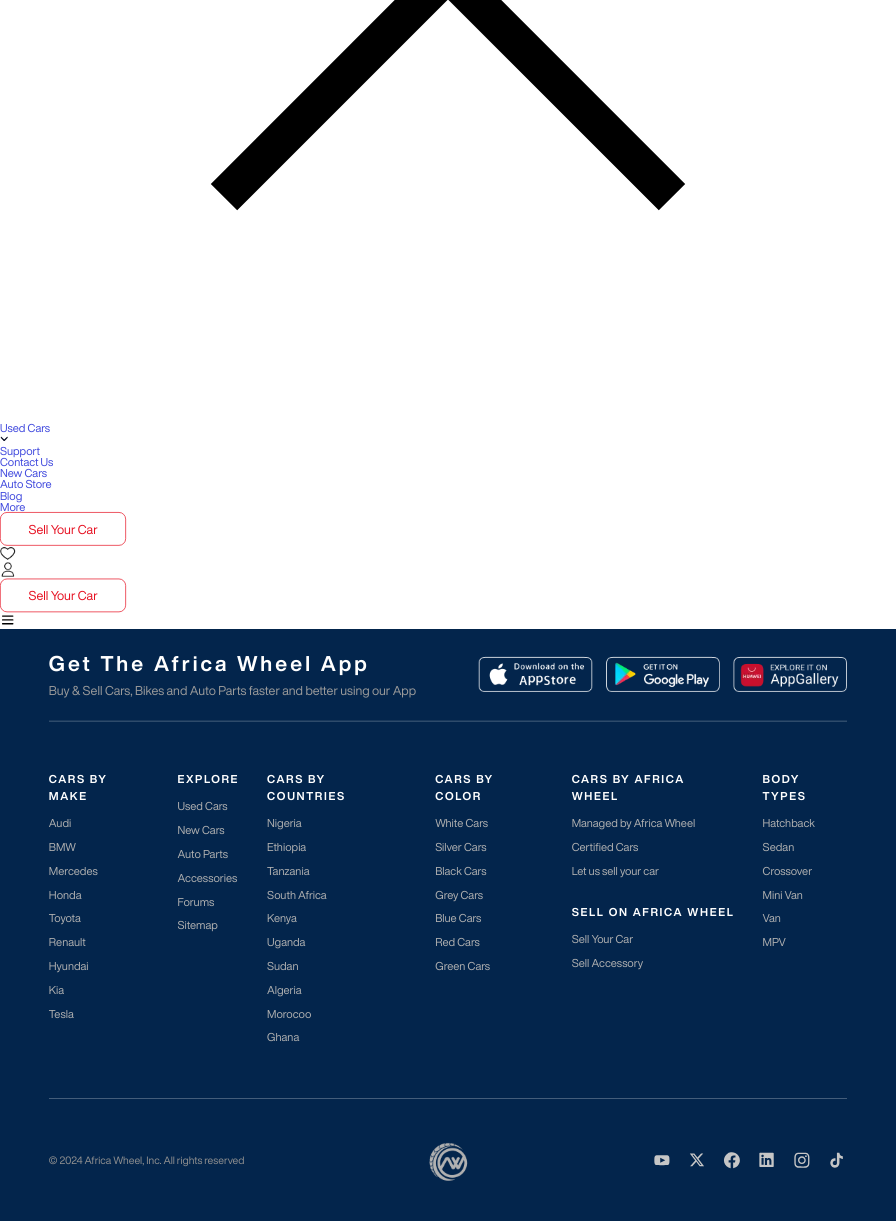
Repository: usmanunitedsol/africa_wheel
Page: pages/index.html
These files come from the project's save history. The page is drawn as it stood at one moment and after the next save; the edit follows.
The browser window is 1280 px wide. The pictures show the part of the page from y = 762 to 2682 px (the page is 2506 px tall before and 2682 px after), at 70% of full size.
The style sheet was rebuilt from its Sass, Less or Tailwind sources for each picture, by a compiler version that may differ from the author's.

Above is the page before, as saved 2024-08-30 09:20:51.

After the next save:
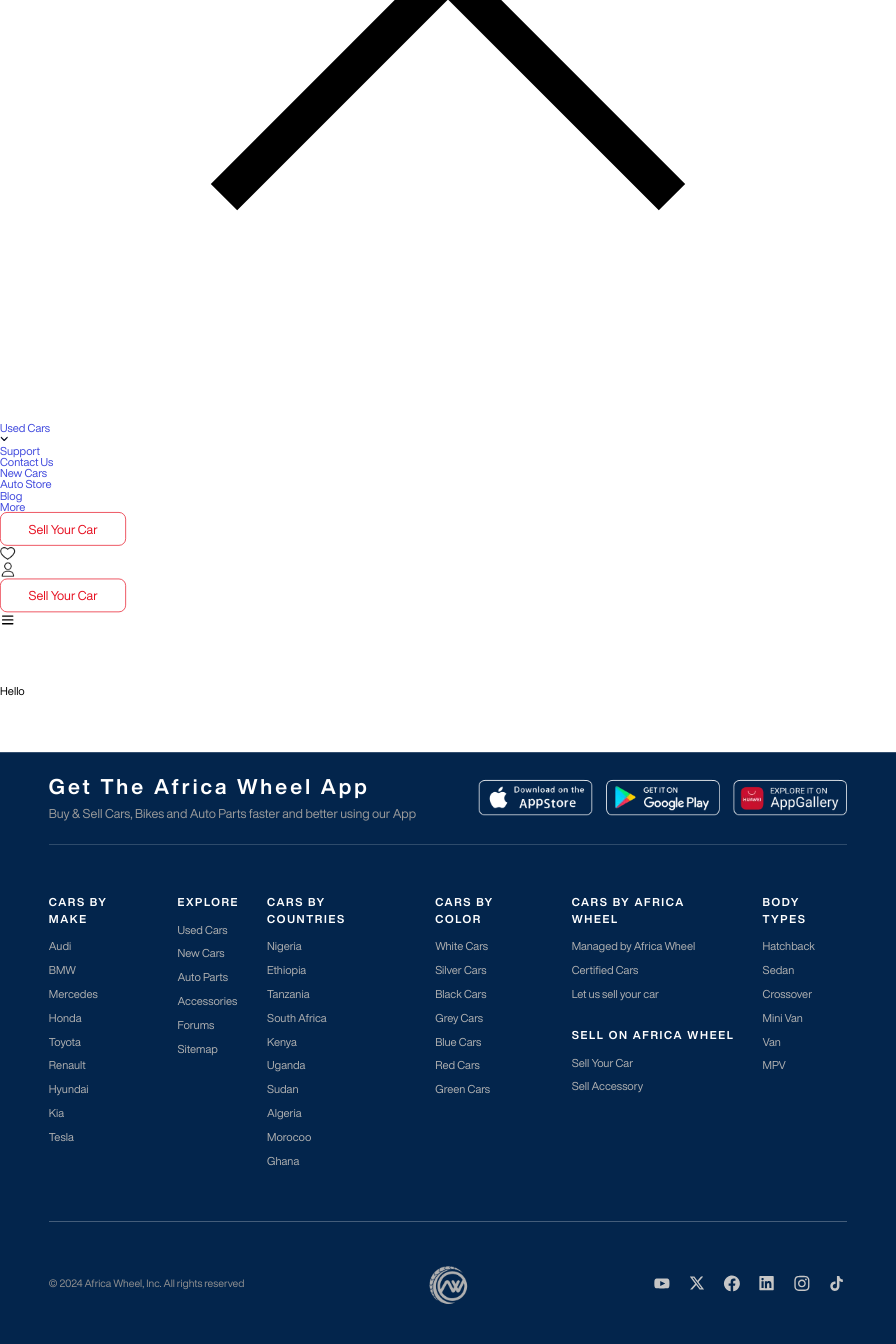
Saved 5 s later.
--- a/pages/index.html
+++ b/pages/index.html
@@ -115,6 +115,9 @@
 
                 <main class="page-main">
 
+                    <div class="section_padding">
+                        <span style="display: block; position: relative;">Hello</span>
+                    </div>
                 </main>
                 <footer class="page-footer">
                     <div class="main_container">
